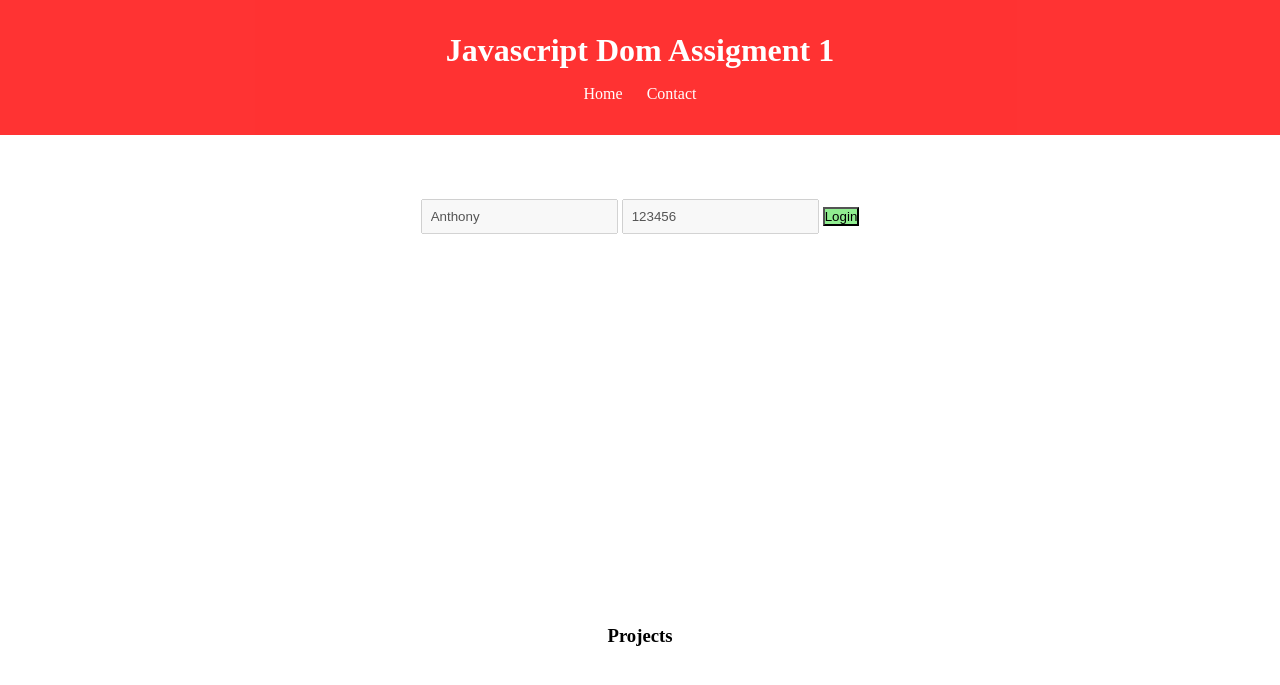
Repository: haakanerol/haakanerol
Page: Js.ass1/index.html
An editor plug-in stored every save of this project. The page is shown before and after the next save, followed by the edit.
The browser window is 1280 px wide. The pictures show the whole page.

Above is the page before, as saved 2024-02-25 16:15:22.

### Js.ass1/index.html
<!DOCTYPE html>
<html lang="en">
<head>
    <meta charset="UTF-8">
    <meta name="viewport" content="width=device-width, initial-scale=1.0">
    <title>Document</title>
    <style>
        * {
            margin: 0;
            padding: 0;
            box-sizing: border-box;
        }
        main {
            display: flex;
            flex-direction: column;
            justify-content: space-between;
            align-items: center;
            height: 80vh;
            padding: 4rem;
        }
    </style>
</head>
<body>
    <header class="header">
        <h1 id="title">aaa</h1>
        <nav>
            <ul class="nav-item">
                <li id="home">Home</li>
                <li>Contact</li>
            </ul>
        </nav>
    </header>
    <main>
        <section>
            <input type="text" id="username">
            <input type="password" id="password">
            <button class="btn">Login</button>
        </section>
        <section id="projects">
            <h3>Projects</h3>
            <ul>
            </ul>
        </section>
    </main>
    <script src="app.js"></script>
</body>
</html>

### Js.ass1/app.js
newHeader = document.querySelector(".header")
newHeader.style.backgroundColor = "red"
newHeader.style.opacity = "0.8"
newHeader.style.color = "white"
newHeader.style.textAlign = "center"
newHeader.style.padding = "2rem"

newTitle = document.getElementById("title")
newTitle.textContent = "Javascript Dom Assigment 1"
newTitle.style.marginBottom = "1rem"

newNavItem = document.querySelector(".nav-item")
newNavItem.style.display = "flex"
newNavItem.style.justifyContent = "center"
newNavItem.style.gap = "1.5rem"
newNavItem.style.listStyle = "none"

newUsername = document.querySelector("#username")
newPassword = document.querySelector("#password")
newUsername.value = "Anthony"
newPassword.value = "123456"
newPassword.type = "number"
newUsername.disabled = "true"
newPassword.disabled = "true"
newUsername.style.padding = ".5rem"
newPassword.style.padding = ".5rem"

newBtn = document.querySelector(".btn")
newBtn.style.backgroundColor = "lightgreen"
newBtn

After the next save:
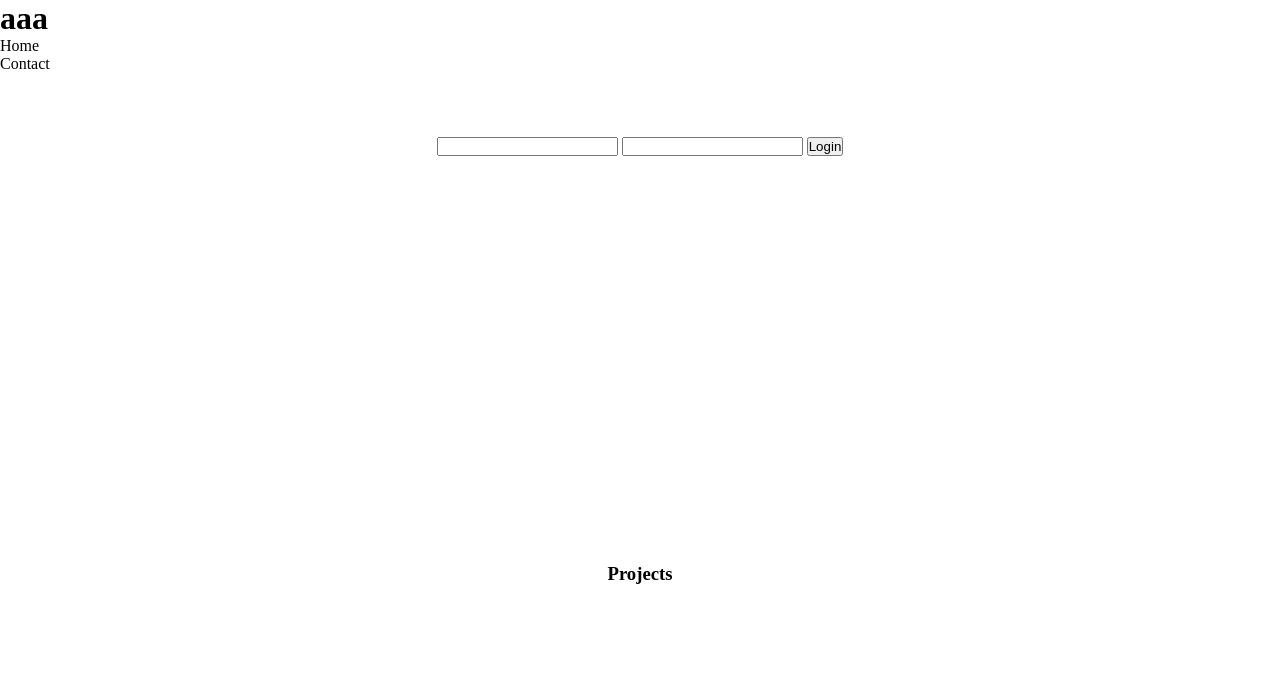
Console error: SyntaxError: Unexpected end of input
Saved 4 s later.
--- a/Js.ass1/app.js
+++ b/Js.ass1/app.js
@@ -27,4 +27,4 @@
 
 newBtn = document.querySelector(".btn")
 newBtn.style.backgroundColor = "lightgreen"
-newBtn
+newBtn.style.

After the 3 saves that followed:
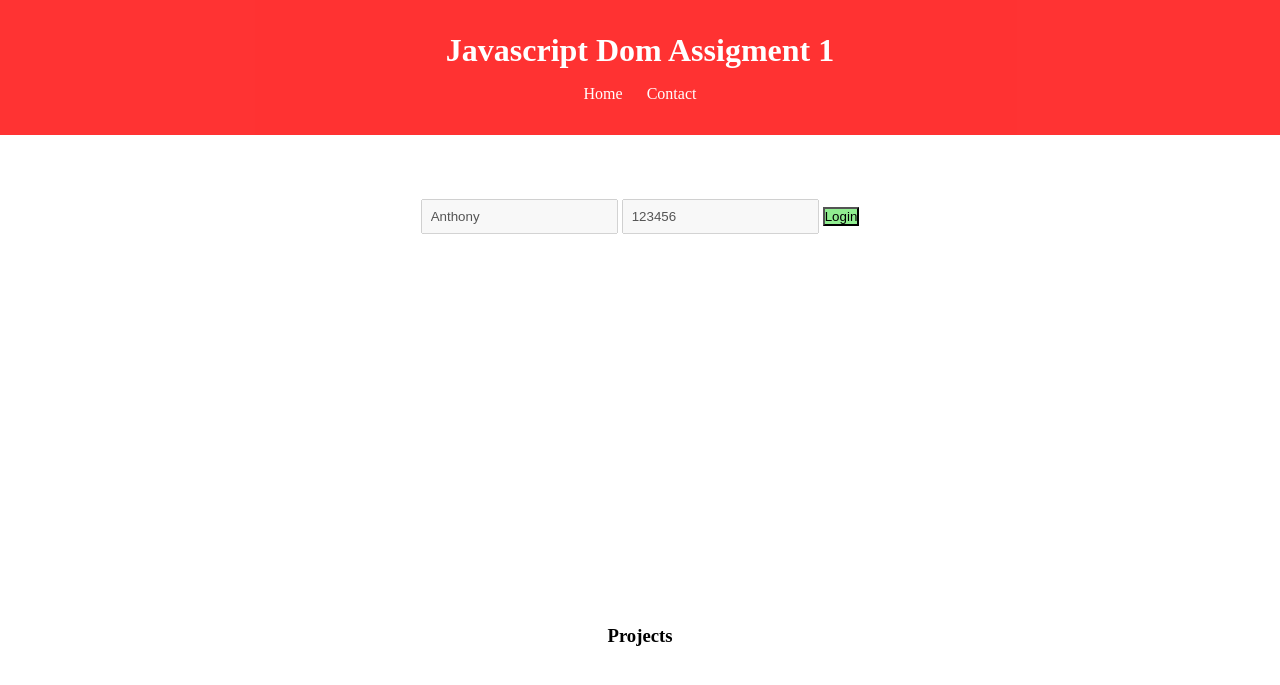
The error is gone.
The 3 saves are shown as one change because they came seconds apart.
The last was saved 8 s later.
--- a/Js.ass1/app.js
+++ b/Js.ass1/app.js
@@ -27,4 +27,4 @@
 
 newBtn = document.querySelector(".btn")
 newBtn.style.backgroundColor = "lightgreen"
-newBtn.style.
+newBtn.style.color = ""
